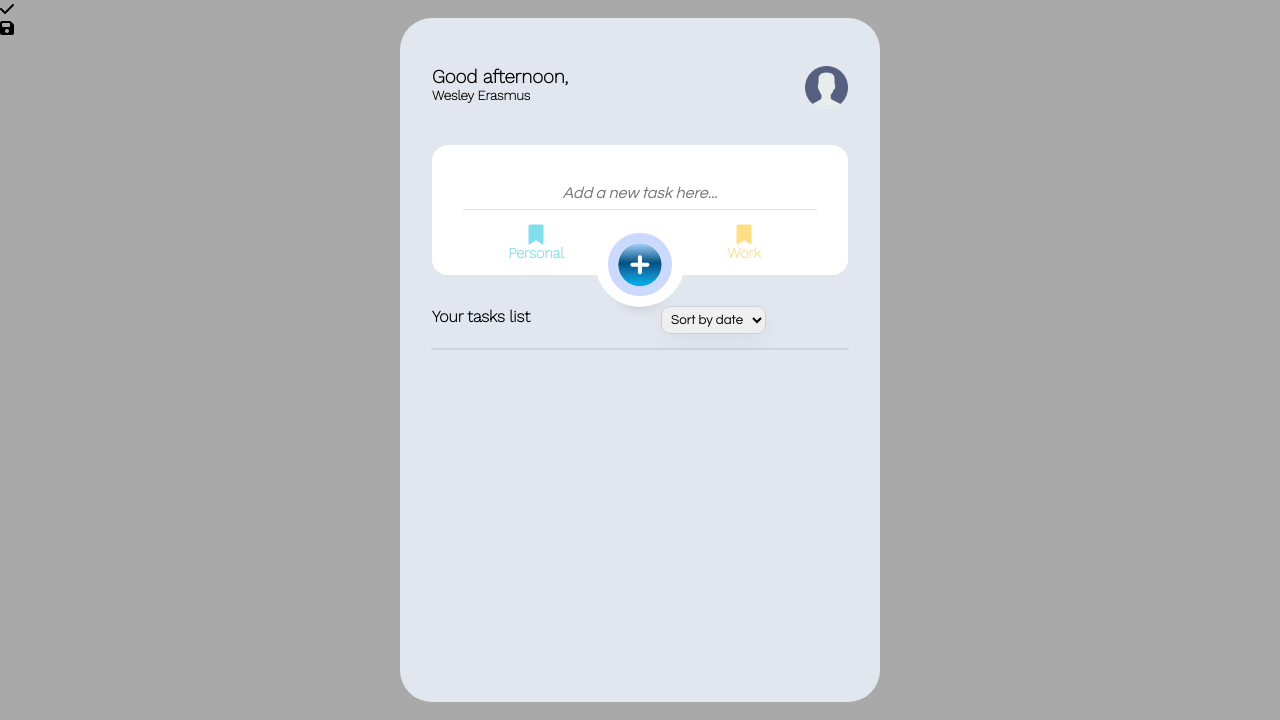
Repository: WesleyErasmus/Todo-App
Page: todoApp.html
These files come from the project's save history. The page is drawn as it stood at one moment and after the next save; the edit follows.
The browser window is 1280 px wide. The pictures show the whole page.
Some web libraries are served in a nearby version.

Above is the page before, as saved 2022-06-13 14:27:04.

### todoApp.html
<!DOCTYPE html>
<html lang="en">
<head>
    <meta charset="UTF-8">
    <meta http-equiv="X-UA-Compatible" content="IE=edge">
    <meta name="viewport" content="width=device-width, initial-scale=1.0">
    <title>Todo App</title>
    <script src="https://kit.fontawesome.com/81ea498f91.js" crossorigin="anonymous"></script>
    <link rel="stylesheet" href="/source/css/todoApp.css">
    <script src="/source/script/todoApp.js" defer></script>
</head>
<body>
    <!-- App wrapper -->
    <main class="app-wrapper">
        <!-- App header -->
        <header>
            <!-- Greeting and Name -->
            <div>
                <h3>Good afternoon, </h3>
                <h5>Wesley Erasmus</h5>
            </div>
            <!-- Profile picture -->
            <div id="profile-picture">
                <img src="/images/user.png" alt="" style="width: 43px;">
            </div>
        </header>

        <!-- Categories section -->
        <section>
        <form id="todo-list-form">
            <div class="create-submit">
                <input type="text" name="create-task" id="create-task" placeholder="Add a new task here..." />
                <button id="add-task-btn" type="submit" value="create-new-task">
                    <i class="fa-solid fa-circle-plus"></i>
                </button>
                <div class="circle"></div>
            </div>


            <div class="category-selectors">
                <!-- Personal category (make to assign as default, unless user selects work category) -->
                <label id="personal-category-btn">
                    <input type="radio" name="category" value="Personal" id="personal-category" /><i class="fa-solid fa-bookmark"></i><h4 class="category-h4">Personal</h4>
                </label>
                <!-- Work category -->
                <label id="work-category-btn">
                    <input type="radio" name="category" value="Work" id="work-category" />
                    <i class="fa-solid fa-bookmark"></i>
                    <h4 class="category-h4">Work</h4>
                </label>
            </div>
            <!-- End of radio categories div -->
            <!-- <div class="create-submit">
            <input type="text" name="create-task" id="create-task" placeholder="Create a new task..." />
            <button id="add-task-btn" type="submit" value="create-new-task">
                <i class="fa-solid fa-circle-plus"></i>
            </button>
        </div>  -->
        </form>
        </section>

        <!-- Task list is created here, new tasks are outputted below -->
        <section class="todo-list-output">
            <div id="list-header">
            <div>Your tasks list</div>
            <div>
                <select name="filter" id="filter">
                <option value="Date">Sort by date</option>
                <option value="Name">Sort by title</option>
                </select>
            </div>
            </div>
            <!-- SEARCH BAR -->
            <div id="search-filter-section">
                <!-- <form id="search-bar">
                <input type="text"
                id="search-bar"
                placeholder="Search for task...">
                <button type="submit"><i class="fa fa-search"
                id="search-submit-btn"></i></button>
                </form> -->
                <!-- Classic filter dropdown -->
                <!-- <div>
                    <select name="filter" id="filter">
                    <option value="Date">Sort by date</option>
                    <option value="Name">Sort by title</option>
                    </select>
                </div> -->

                </div>
            <!-- Actual task list output -->
            <div class="tasks" id="tasks">

                <!-- <div class="dummy-task">

                    <div class="task-name">
                        <input type="text"
                        class="text"
                        value="dummy task"
                        readonly>
                        <div class="edit-delete">
                            <button class="edit"><i class="fa-solid fa-pencil"></i></button>
                            <button class="delete"><i class="fa fa-trash" aria-hidden="true"></i></button>
                        </div>
                    </div>
                </div>

                <div class="dummy-task">

                    <div class="task-name">
                        <input type="text"
                        class="text"
                        value="dummy task"
                        readonly>
                        <div class="edit-delete">
                            <button class="edit"><i class="fa-solid fa-pencil"></i></button>
                            <button class="delete"><i class="fa fa-trash" aria-hidden="true"></i></button>
                        </div>
                    </div>
                </div>

                <div class="dummy-task">

                    <div class="task-name">
                        <input type="text"
                        class="text"
                        value="dummy task"
                        readonly>
                        <div class="edit-delete">
                            <button class="edit"><i class="fa-solid fa-pencil"></i></button>
                            <button class="delete"><i class="fa fa-trash" aria-hidden="true"></i></button>
                        </div>
                    </div>
                </div> -->

            </div>

        </section>

    </main> <!-- End of App wrapper -->
        <!-- Save icon and task complete icon -->
                <li><i class="fa-solid fa-check"></i></li>
                <li><i class="fa-solid fa-floppy-disk"></i></li>

</body>
</html>

### source/css/todoApp.css
@import url("https://fonts.googleapis.com/css2?family=Questrial&family=Work+Sans:wght@200&display=swap");

/* CSS Variables */
:root {
  --background-color: #fff;
  --personal: #7fdfed;
  --work: #fedf82;
  /* --personal: #0091a7e7;
  --work: #fbbd03ea; */
  --placeholder-text: #444444bc;
  --delete: #ff5e5ee3;
  --grey: #a9a9a9;
  --dark-grey: #444444;

  /* Gradient */
  --primary-gradient: -webkit-linear-gradient(
    top,
    #a7d4ff 0%,
    #005081 47%,
    #147bb6 70%,
    #00abe5 94%,
    #02a8e4 100%
  );

  /* Box-shadow */
  --box-shadow: rgba(0, 0, 0, 0.05) 0px 6px 24px 0px,
    rgba(0, 0, 0, 0.08) 0px 0px 0px 1px;
  /* Text-shadow */
  --text-shadows: rgba(0, 0, 0, 0.24) 0px 3px 8px;
}

/* Universal selector styling */
* {
  font-family: "Work Sans", sans-serif;
  box-sizing: border-box;
  margin: 0;
  padding: 0;
  list-style: none;
}

/* Below removes input and checkbox default styling */
input:not([type="radio"]):not([type="checkbox"]),
button {
  appearance: none;
  border: none;
  outline: none;
  background: none;
  cursor: initial;
  font-family: "Questrial", sans-serif;
}

input[type="radio"] {
  display: none;
}

/* *** UNIVERSAL BUTTON STYLING *** */
button {
  appearance: none;
  border: none;
  outline: none;
  background: none;
  cursor: initial;
  cursor: pointer;
}

body {
  background-color: var(--grey);
}

main {
  background-color: #e2e6ee;
  padding-top: 2rem;
  border-radius: 2rem;
  padding-left: 2rem;
  padding-right: 2rem;
  flex: 1 1 0%;
  align-items: center;
  justify-content: center;
  max-width: 480px;
  height: 95vh;
  width: 100%;
  position: absolute;
  top: 50%;
  left: 50%;
  margin-right: -50%;
  transform: translate(-50%, -50%);
}

section {
  margin-top: 1rem;
  margin-bottom: 2rem;
}

label {
  cursor: pointer;
}

/* STYLING FOR SORT BUTTON */
select {
  font-family: "Questrial", sans-serif;
  margin-left: 0.3rem;
  padding: 0.3rem;
  border: none;
  outline: 0;
  border-radius: 0.5rem;
  cursor: pointer;
  box-shadow: var(--box-shadow);
}
option {
  font-family: "Questrial", sans-serif;
}
/* END OF STYLING FOR SORT BUTTON */

header {
  display: flex;
  justify-content: space-between;
  padding: 1rem 0rem 1rem 0rem;
  border-radius: 1rem;
}

#todo-list-form {
  background-color: var(--background-color);
  border-radius: 1rem;
  padding: 0;
  margin: 0;
}

#create-task {
  display: block;
  width: 85%;
  font-size: 1rem;
  text-align: center;
  padding: 2.5rem 0rem 0.5rem 0rem;
  padding-right: 0rem;
  background-color: var(--background-color);
  border: none;
  border-bottom: 0.1px solid #a9a9a95a;
}
::placeholder {
  color: var(--placeholder-text);
  font-style: italic;
}

#add-task-btn {
  z-index: 10;
  position: absolute;
  display: block;
  margin: 0 auto;
  bottom: -86px;
  color: #ffffff;
  background: var(--primary-gradient);
  -webkit-background-clip: text;
  -webkit-text-fill-color: transparent;
  /* border: 10px solid #9ab1fe5d; */
  border: 10px solid #cbd8ff;
  border-radius: 9999px;
}

.circle {
  z-index: -1;
  position: absolute;
  bottom: -142px;
  left: 50%;
  margin-right: -50%;
  transform: translate(-50%, -50%);
  width: 90px;
  height: 90px;
  background-color: #fff;
  border-bottom-left-radius: 100px;
  border-bottom-right-radius: 100px;
  border: none;
  box-shadow: rgba(0, 0, 0, 0.45) 0px 20px 15px -25px;
}

/* ADD TASK BUTTON SIZING */
.fa-circle-plus {
    /* Fix sizing! */
  /* font-size: 2.71rem; */
  font-size: 43.36px;
}

.create-submit {
  position: relative;
  display: flex;
  justify-content: center;
  align-items: center;
  text-align: center;
  margin-top: 0.5rem;
}

.create-task {
  text-align: center;
}

/* Work / personal category selector styling */
.category-selectors {
    display: flex;
    justify-content: center;
    align-items: center;
  }

  .category-selectors label {
    display: flex;
    flex-direction: column;
    justify-content: center;
    align-items: center;
    background-color: var(--background-color);
    padding: 0.75rem 2rem;
  }

  .fa-bookmark {
      font-size: 1.25rem;
  }

  #personal-category-btn {
    color: var(--personal);
    border-bottom-left-radius: 1rem;
  }

  #work-category-btn {
    color: var(--work);
    border-bottom-right-radius: 1rem;
  }

  #work-category-btn,
  #personal-category-btn {
    font-size: 0.9em;
    width: 100%;
    height: 65px;
    border: none;
    outline: none;
    /* background-color: #02a8e4; */
    /* box-shadow: var(--box-shadow); */
  }

#list-header {
  width: 80%;
  display: flex;
  justify-content: space-between;
  margin-bottom: 1rem;
  font-weight: bold;
}

#search-filter-section {
  display: flex;
  margin: 0 auto;
  justify-content: space-between;
  margin-top: 1rem;
  text-align: center;
  align-items: center;
}

/* SEARCH BAR STYLING */
#search-bar {
  position: relative;
  display: flex;
  justify-content: center;
  align-items: center;
  width: 47%;
}

#search-bar input {
  display: block;
  width: 100%;
  font-size: 0.9rem;
  padding: 0.5rem 1.5rem;
  padding-right: 0rem;
  background-color: var(--background-color);
  border-radius: 0.5rem;
  margin-bottom: 1rem;
  box-shadow: var(--box-shadow);
}

#search-submit-btn {
  position: absolute;
  display: block;
  right: 0rem;
  top: 0;
  background-color: #fff;
  border-top-left-radius: 0.5rem;
  border-bottom-left-radius: 0.5rem;
  border-top-right-radius: 0.5rem;
  border-bottom-right-radius: 0.5rem;
  padding: 0.53rem;
  color: var(--grey);
}

#tasks {
  border-radius: 0.5rem;
  background-color: #fff;
  box-shadow: var(--box-shadow);
}

#tasks .task-name {
  display: flex;
  justify-content: space-between;
  background-color: var(--background-color);
  padding: 1.75rem;
  background-color: #fff;
  margin-bottom: 0rem;
  margin: 0 1rem;
  border-bottom: 0.01px solid rgba(229, 225, 225, 0.919);
}

.dummy-task .task-name {
  flex: 1 1 0%;
}

.dummy-task .task-name .text {
  color: var(--dark-grey);
  width: 100%;
  display: block;
  transition: 0.4s;
}

.dummy-task .edit-delete {
  display: flex;
  margin: 0 -0.5rem;
}

/* Edit button styling */

.fa-pencil {
  /* ADD COLOR */
}

.fa-trash {
  color: var(--delete);
}

.dummy-task .edit-delete button {
  cursor: pointer;
  margin: 0 0.5rem;
  font-size: 0.8rem;
  font-weight: 700;
  text-transform: uppercase;
  transition: 0.4s;
}

### source/script/todoApp.js
// *** FILTER BTN SCRIPT ***

/* When the user clicks on the button,
toggle between hiding and showing the dropdown content */
// function myFunction() {
//     document.getElementById("myDropdown").classList.toggle("show");
//   }

//   // Close the dropdown if the user clicks outside of it
//   window.onclick = function(event) {
//     if (!event.target.matches('.dropbtn')) {
//       var dropdowns = document.getElementsByClassName("dropdown-content");
//       var i;
//       for (i = 0; i < dropdowns.length; i++) {
//         var openDropdown = dropdowns[i];
//         if (openDropdown.classList.contains('show')) {
//           openDropdown.classList.remove('show');
//         }
//       }
//     }
//   }
//   *** END OF FILTER BUTTON ***

After the next save:
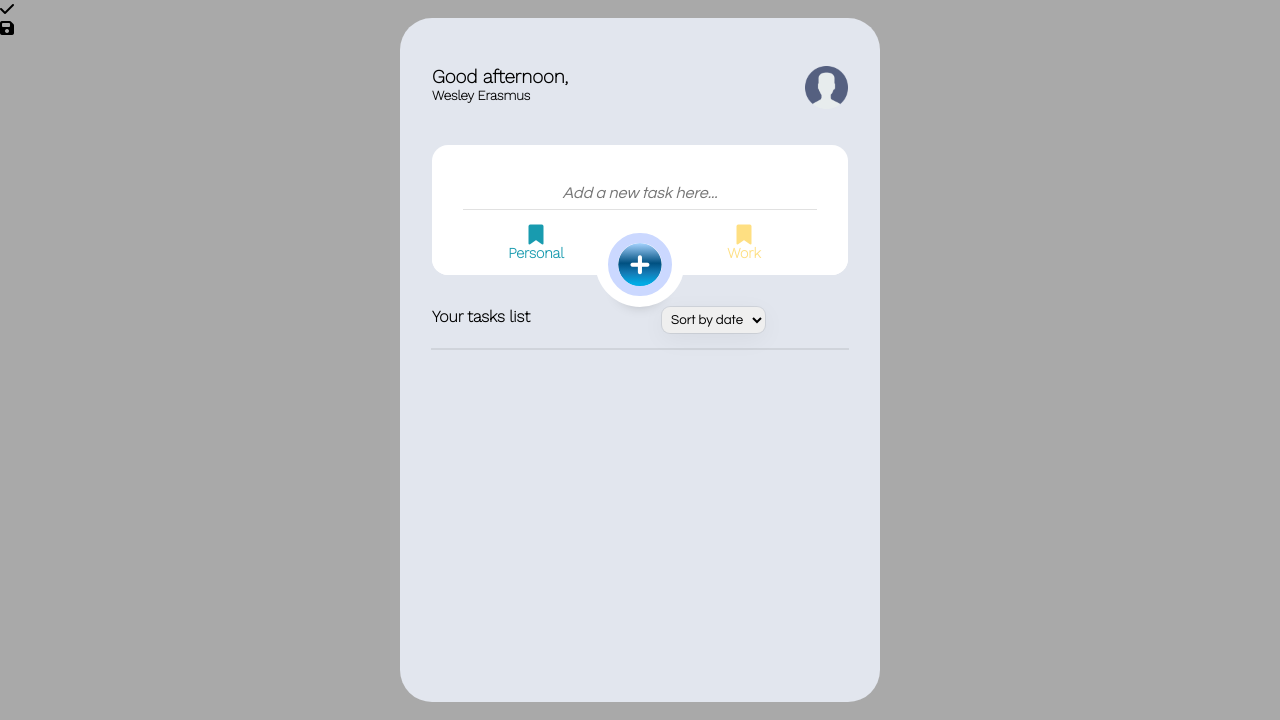
Saved 38 s later.
--- a/source/css/todoApp.css
+++ b/source/css/todoApp.css
@@ -3,10 +3,10 @@
 /* CSS Variables */
 :root {
   --background-color: #fff;
-  --personal: #7fdfed;
+  /* --personal: #7fdfed; */
   --work: #fedf82;
-  /* --personal: #0091a7e7;
-  --work: #fbbd03ea; */
+   --personal: #0091a7e7;
+  /* --work: #fbbd03ea;  */
   --placeholder-text: #444444bc;
   --delete: #ff5e5ee3;
   --grey: #a9a9a9;
